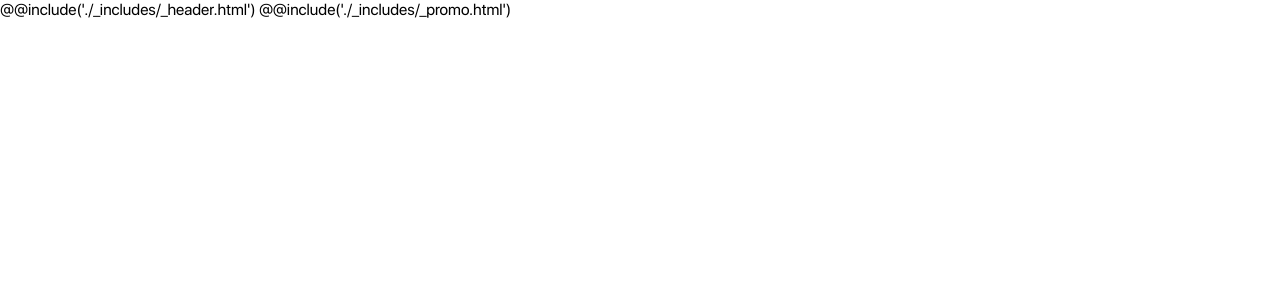
Repository: Inzhir2022/hosting
Page: src/index.html
These files come from the project's save history. The page is drawn as it stood at one moment and after the next save; the edit follows.
The browser window is 1280 px wide. The pictures show the whole page.

Above is the page before, as saved 2022-07-16 15:49:22.

After the next save:
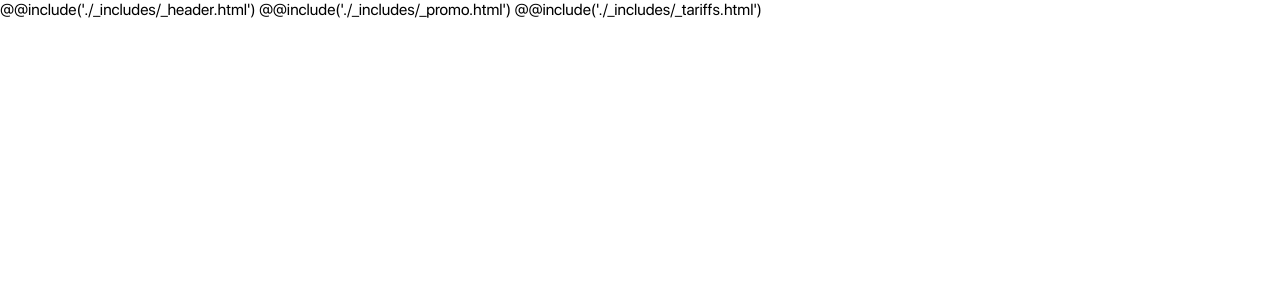
Saved 81 s later.
--- a/src/index.html
+++ b/src/index.html
@@ -11,6 +11,7 @@
 <body>
   @@include('./_includes/_header.html')
   @@include('./_includes/_promo.html')
+  @@include('./_includes/_tariffs.html')
 
   <script src="js/main.js"></script>
 </body>
